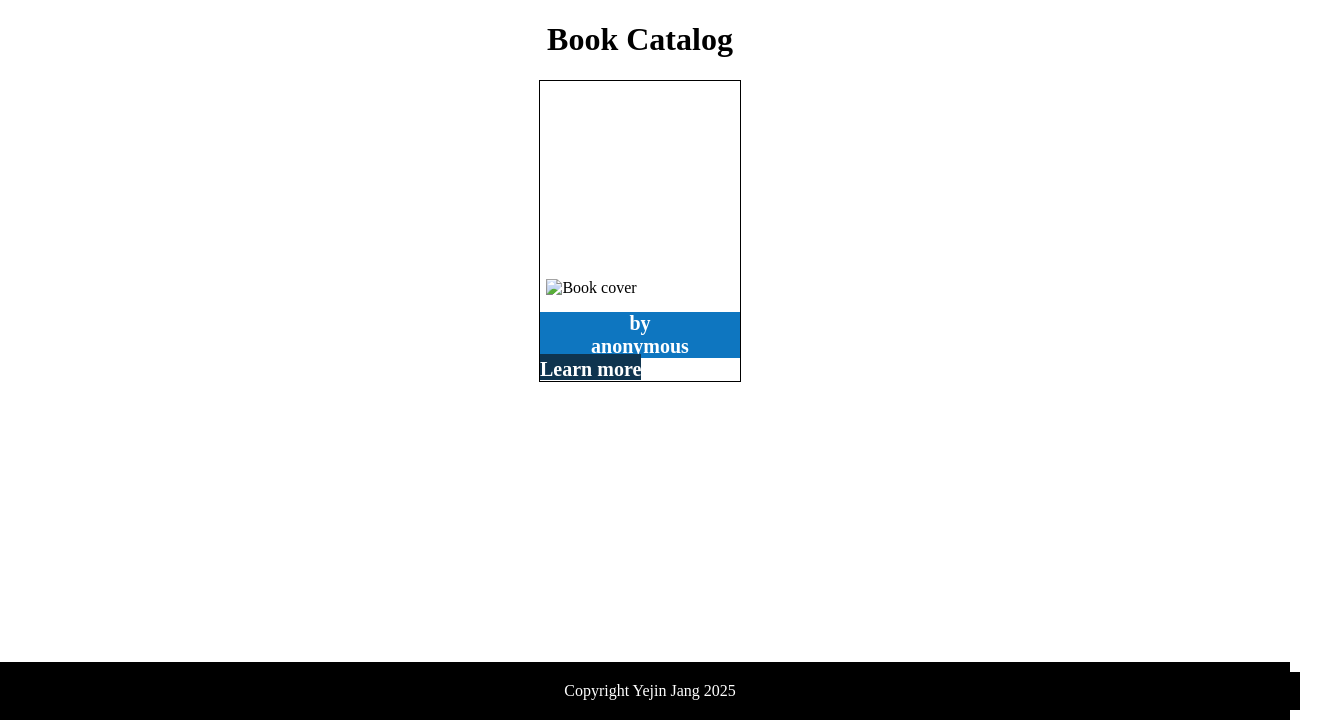
Repository: Yejin-Digital/Lab3-Assignment-BookCatalog
Page: /
The author's editor kept a copy of each file at every save. The page is drawn from the files as they stood at one save, then again after the next save.
The browser window is 1280 px wide. The page is 1300 px wide, then 1320 px, so the pictures cover 1320 px, including what lies to the right of the window. The pictures show the whole page.
The project was rebuilt for these pictures with package versions that can differ from the ones it lists, and the page was loaded fresh each time. Also part of the build but not shown: vite.config.js.

Above is the page before, as saved 2025-09-13 04:21:09.

After the next save:
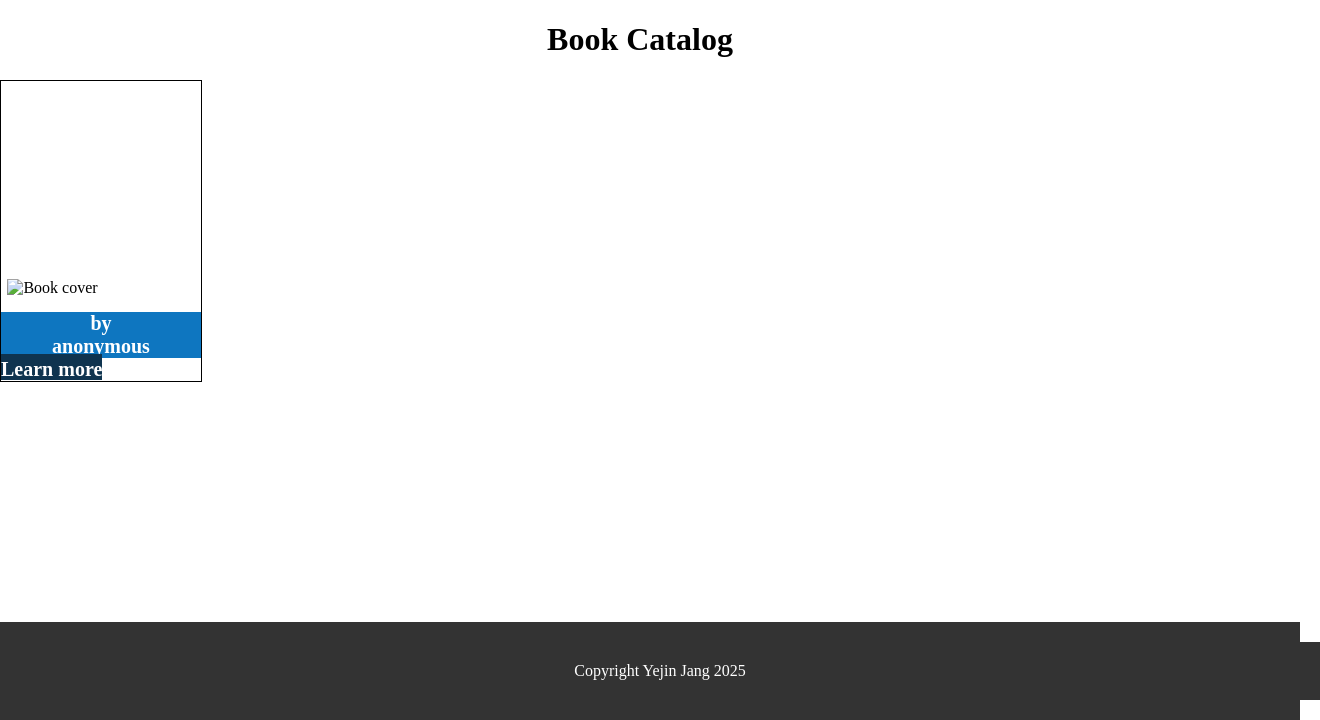
Saved 4 s later.
--- a/src/index.css
+++ b/src/index.css
@@ -7,10 +7,12 @@ body {
   min-height: 100vh;
   display: flex;
   flex-direction: column;
+  align-items: center;
 }
 
 #root {
   flex: 1;
+  width: 100%;
 }
 
 .footer-content {
@@ -18,13 +20,8 @@ body {
   color: white;
   text-align: center;
   padding: 20px;
-  margin-top: auto;
+  width: 100%;
 }
-
-body {
-  display: flex;
-  align-items: center;
-  flex-direction: column;
   margin: 0;
 }
 
